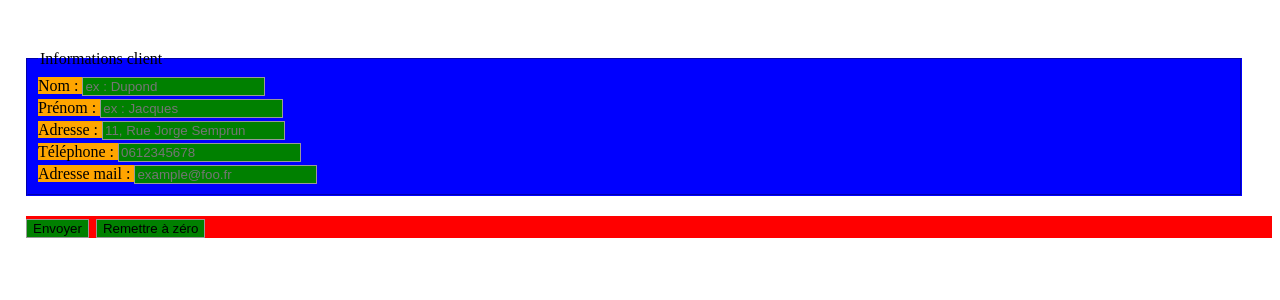
Repository: big73/NFE114
Page: http://localhost/Seance4-step1/
The author's editor kept a copy of each file at every save. The page is drawn from the files as they stood at one save, then again after the next save.
The browser window is 1280 px wide. The pictures show the whole page.
The page is served by Tomcat 9.

Above is the page before, as saved 2015-12-30 14:36:04.

After the next save:
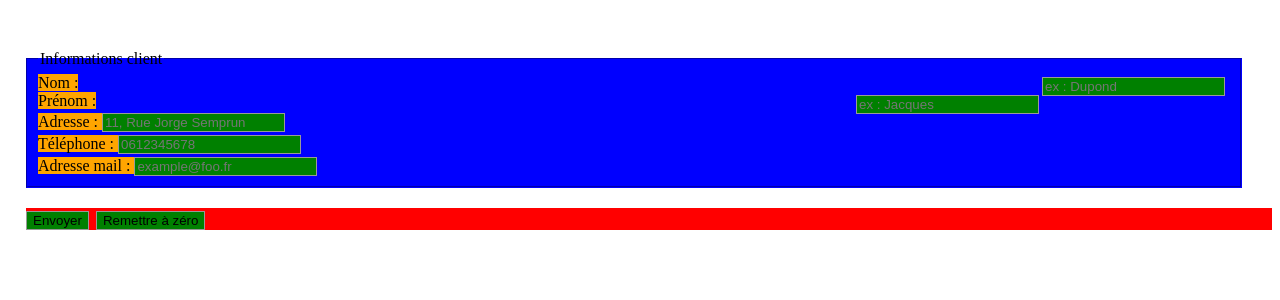
Saved 32 s later.
--- a/Seance4-step1/WebContent/css/style.css
+++ b/Seance4-step1/WebContent/css/style.css
@@ -22,6 +22,11 @@ input
     background-color: green;
 }
 
+.saisie
+{
+	float : right;
+}
+
 label
 {
 	background-color: orange;
